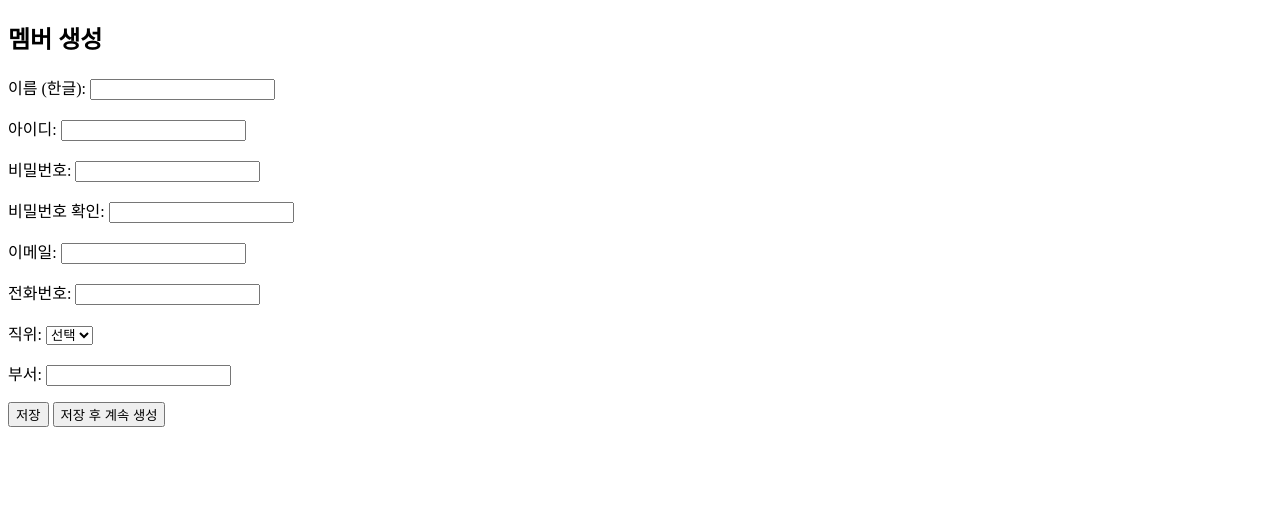
Repository: devgolol/Flow
Page: http://localhost/coretime/WEB-INF/views/userForm.jsp
The author's editor kept a copy of each file at every save. The page is drawn from the files as they stood at one save, then again after the next save.
The browser window is 1280 px wide. The pictures show the whole page.
The page is served by Tomcat 9. Nobody is signed in. The template is opened directly, without the code that normally fills it, so the values that code supplies are empty.

Above is the page before, as saved 2025-06-30 05:42:14.

After the next save:
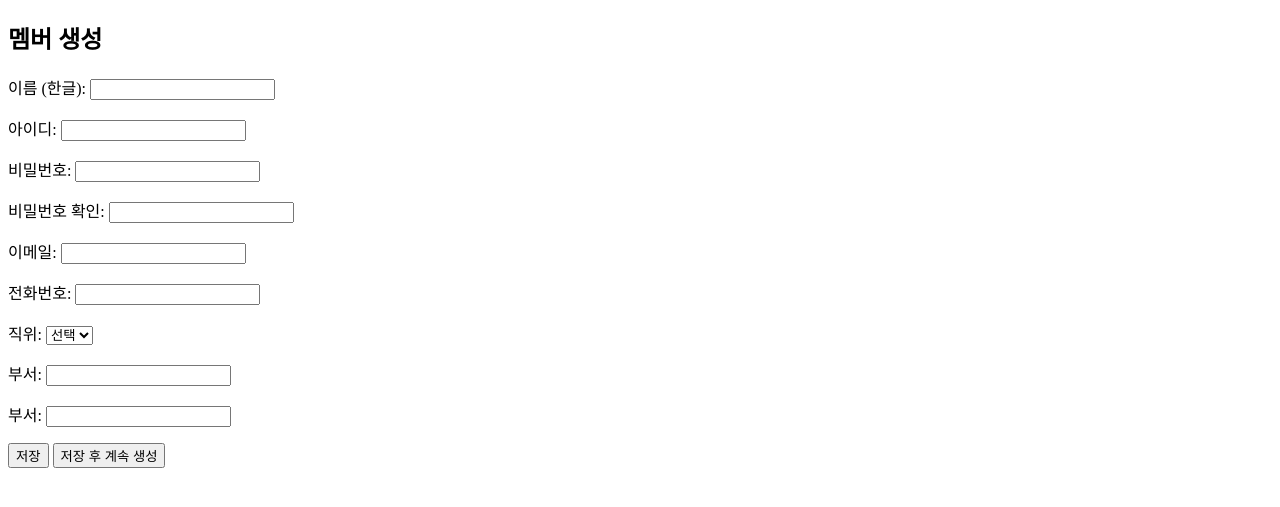
Saved 16 s later.
--- a/coretime/src/main/webapp/WEB-INF/views/userForm.jsp
+++ b/coretime/src/main/webapp/WEB-INF/views/userForm.jsp
@@ -28,6 +28,7 @@
         </form:select>
     </p>
     <p>부서: <form:input path="department"/></p>
+    <p>부서: <form:input path="department"/></p>
 
     <p>
         <button type="submit">저장</button>
